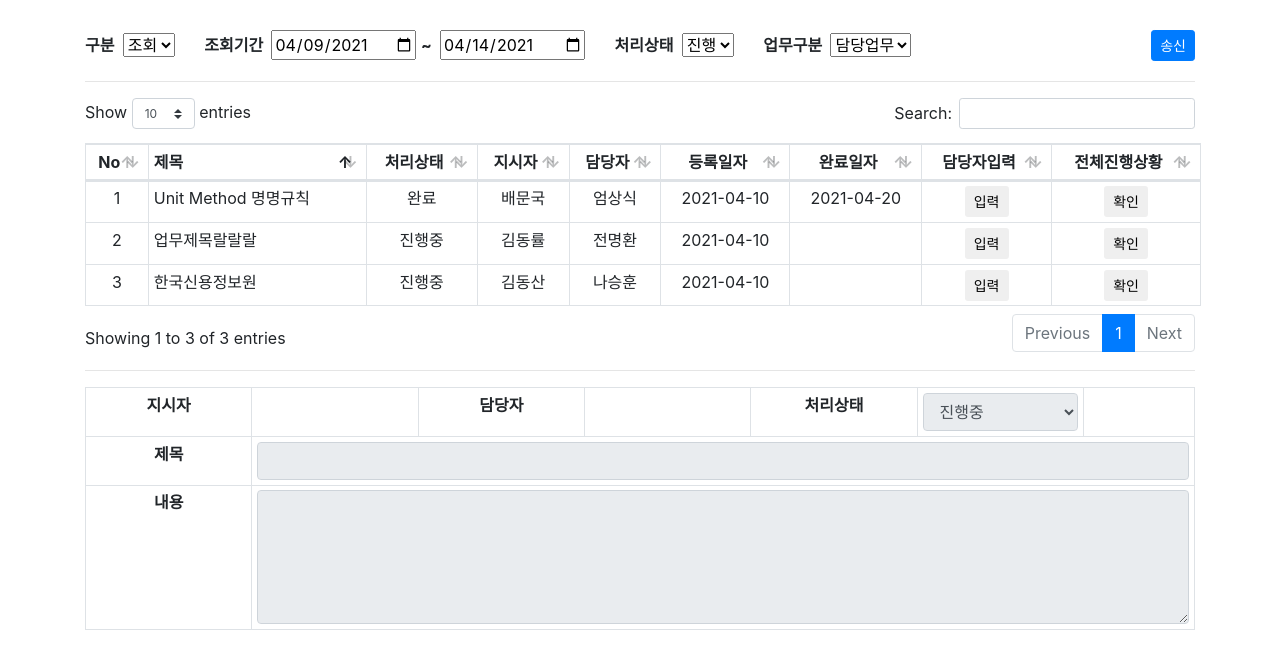
Repository: jungtaeyong/FSB_Project
Page: http://localhost/FsbJobMgt/main.jsp
An editor plug-in stored every save of this project. The page is shown before and after the next save, followed by the edit.
The browser window is 1280 px wide. The pictures show the whole page.
The page is served by Tomcat 9.

Above is the page before, as saved 2021-04-15 08:55:33.

After the next save:
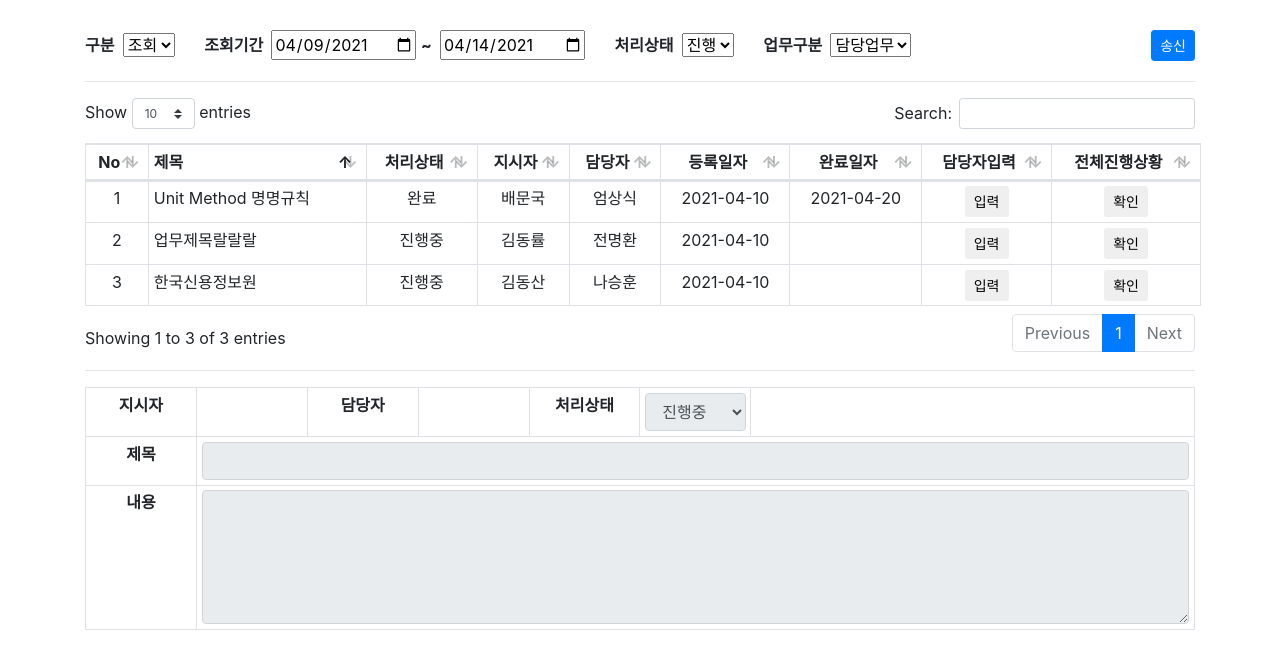
Saved 28 s later.
--- a/FsbJobMgt/WebContent/main.jsp
+++ b/FsbJobMgt/WebContent/main.jsp
@@ -263,15 +263,15 @@ function updateJob(){
 	<div>
 		<table class="table table-sm table-bordered display" style="text-align:center">
 			<tr>
-				<th width="15%">지시자</th>
-				<td id="BZWR_INDC_CHGR" width="15%"></td>
-				<th width="15%">담당자</th>
-				<td width="15%">
+				<th width="10%">지시자</th>
+				<td id="BZWR_INDC_CHGR" width="10%"></td>
+				<th width="10%">담당자</th>
+				<td width="10%">
 					<span id="BZWR_EXC_CHGR"></span>
 					<button id="BZWR_EXC_CHGR_BTN" class="btn btn-sm btn-info" style="display:none">선택</button>
 				</td>
-				<th width="15%">처리상태</th>
-				<td width="15%">
+				<th width="10%">처리상태</th>
+				<td width="10%">
 					<select id="BZWR_STS_2" class="form-control input-sm" disabled>
 					    <option value="01">진행중</option>
 					    <option value="02">완료</option>
